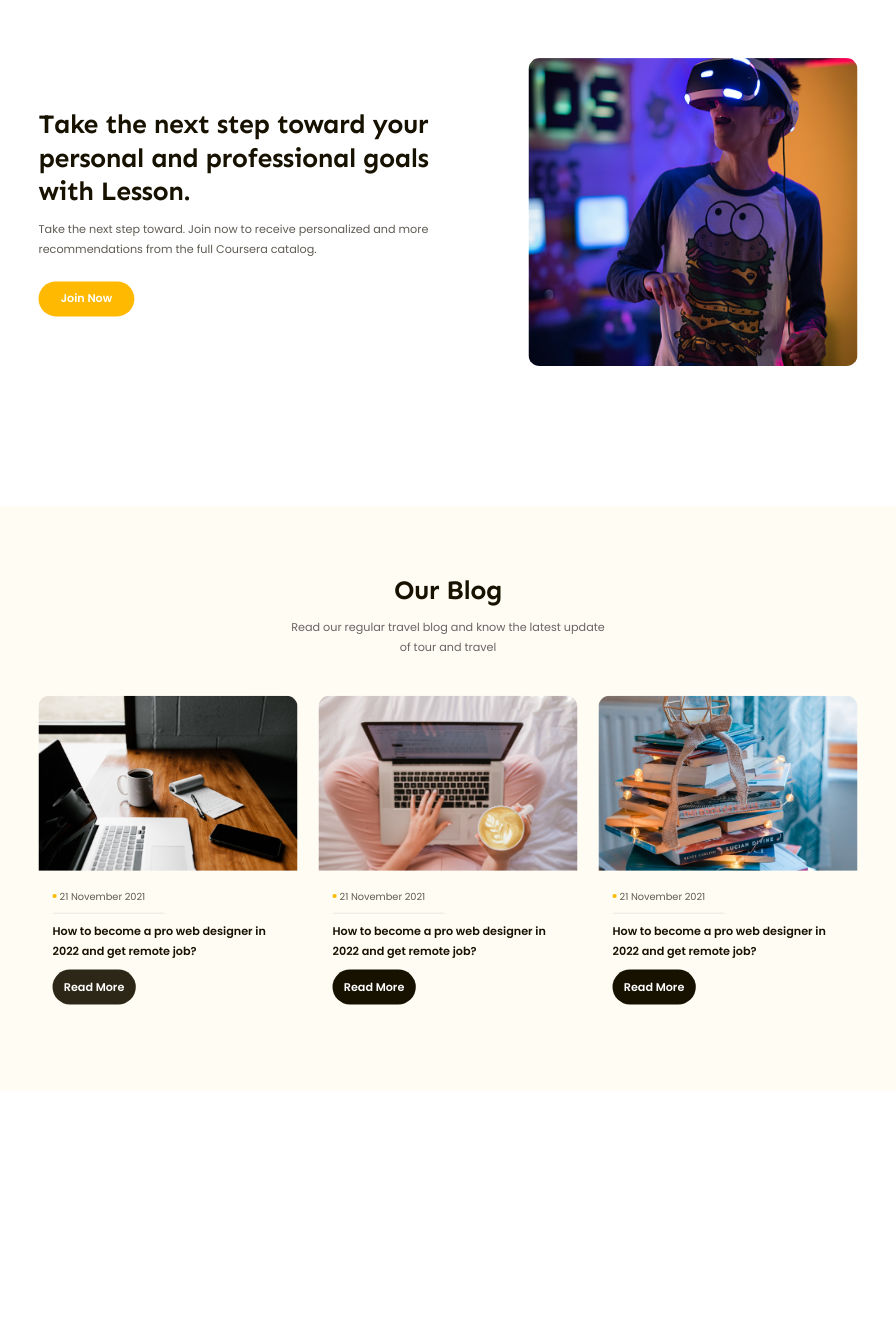
Repository: ynguyen1512/htmlcss-project-02
Page: index.html
The author's editor kept a copy of each file at every save. The page is drawn from the files as they stood at one save, then again after the next save.
The browser window is 1280 px wide. The pictures show the part of the page from y = 3080 to 5000 px (the page is 5000 px tall), at 70% of full size.
The pointer rests on the first visible `.blog .item .btn`.
A picture or video elsewhere on the page could not be fetched, so the positions and the page height are approximate.

Above is the page before, as saved 2023-03-11 13:48:05.

After the next save:
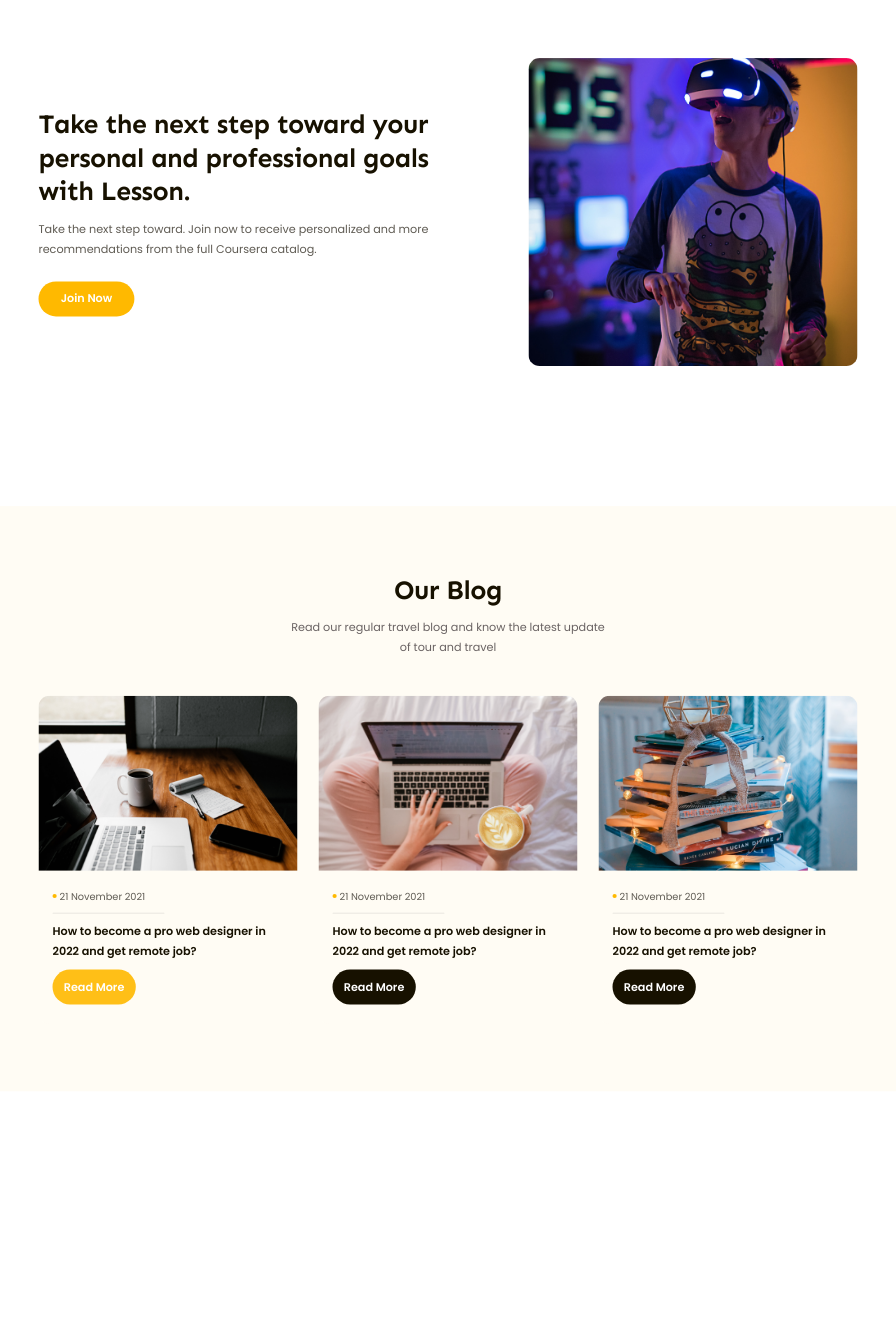
Saved 23 s later.
--- a/assets/css/style.css
+++ b/assets/css/style.css
@@ -632,3 +632,7 @@ a {
   line-height: 1.75;
   color: #171100;
 }
+
+.blog .item .btn:hover {
+  background: var(--primary-color);
+}
